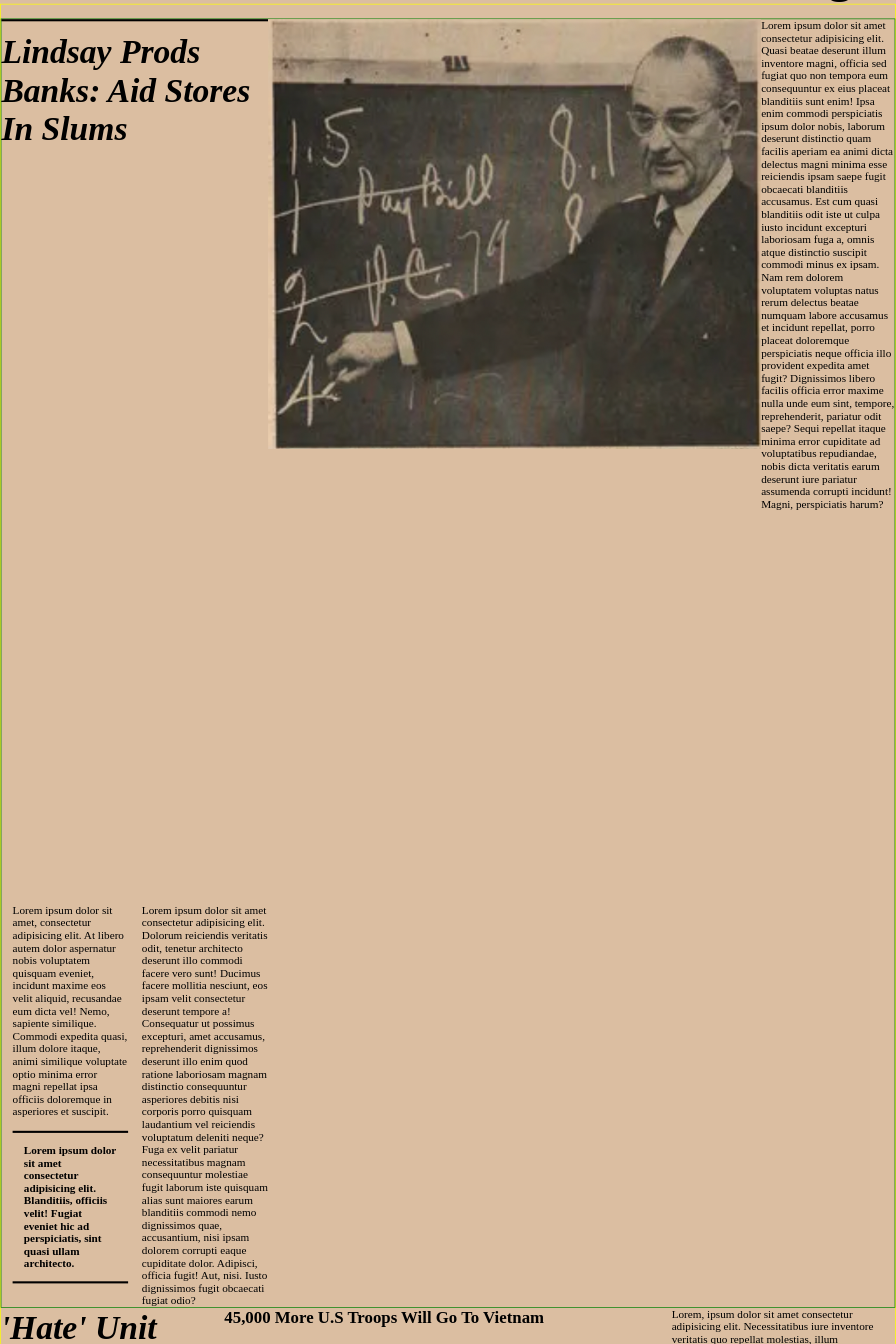
Repository: Arkitecth/newspaper-grid
Page: index.html
These files come from the project's save history. The page is drawn as it stood at one moment and after the next save; the edit follows.
The browser window is 1280 px wide. The pictures show the part of the page from y = 408 to 2328 px (the page is 5962 px tall before and 2830 px after), at 70% of full size.

Above is the page before, as saved 2023-05-29 20:08:08.

### index.html
<!DOCTYPE html>
<html lang="en">
<head>
    <meta charset="UTF-8">
    <meta http-equiv="X-UA-Compatible" content="IE=edge">
    <meta name="viewport" content="width=device-width, initial-scale=1.0">
    <link rel="stylesheet" href="styles.css">
    <title>News Paper</title>
</head>
<body>
    <header id="header">
        <div>
            <h1>New York Forum</h1>
        </div>
        <div class="aside">
            <h3>Final</h3>
            <p>Thursdsy August 3rd, 1987</p>

            <h3>Weather</h3>
            <p>Lorem ipsum dolor, sit amet consectetur adipisicing elit. Asperiores dolorum doloribus officia enim obcaecati culpa, quaerat magni laboriosam! Impedit nihil accusamus unde tenetur veniam repellendus mollitia sed modi voluptate doloremque!</p>
        </div>
        <div class="divider"></div>
        <div class="divider"></div>
    </header>
    <main>
        <h2>Johnson Asks 10% Income-Tax Surcharge</h2>
        <div class="main-grid">
            <div class="first-row">
                <div class="sub-grid">
                    <h3>Lindsay Prods Banks: Aid Stores in Slums</h3>
                    <div class="sub-row">
                        <div class="left">
                            <p>Lorem ipsum dolor sit amet, consectetur adipisicing elit. At libero autem dolor aspernatur nobis voluptatem quisquam eveniet, incidunt maxime eos velit aliquid, recusandae eum dicta vel! Nemo, sapiente similique. Commodi expedita quasi, illum dolore itaque, animi similique voluptate optio minima error magni repellat ipsa officiis doloremque in asperiores et suscipit.</p>
                            <br>
                            <p class="highlight">Lorem ipsum dolor sit amet consectetur adipisicing elit. Blanditiis, officiis velit! Fugiat eveniet hic ad perspiciatis, sint quasi ullam architecto.</p>
                        </div>
                        <div class="right">
                            <p>Lorem ipsum dolor sit amet consectetur adipisicing elit. Dolorum reiciendis veritatis odit, tenetur architecto deserunt illo commodi facere vero sunt! Ducimus facere mollitia nesciunt, eos ipsam velit consectetur deserunt tempore a! Consequatur ut possimus excepturi, amet accusamus, reprehenderit dignissimos deserunt illo enim quod ratione laboriosam magnam distinctio consequuntur asperiores debitis nisi corporis porro quisquam laudantium vel reiciendis voluptatum deleniti neque? Fuga ex velit pariatur necessitatibus magnam consequuntur molestiae fugit laborum iste quisquam alias sunt maiores earum blanditiis commodi nemo dignissimos quae, accusantium, nisi ipsam dolorem corrupti eaque cupiditate dolor. Adipisci, officia fugit! Aut, nisi. Iusto dignissimos fugit obcaecati fugiat odio?</p>
                        </div>
                    </div>

                </div>

                <div class="middle-content">
                    <img src="assets/teacher.png" alt="teacher teaching stuff">
                </div>

                <div class="right-content">
                    <p>Lorem ipsum dolor sit amet consectetur adipisicing elit. Quasi beatae deserunt illum inventore magni, officia sed fugiat quo non tempora eum consequuntur ex eius placeat blanditiis sunt enim! Ipsa enim commodi perspiciatis ipsum dolor nobis, laborum deserunt distinctio quam facilis aperiam ea animi dicta delectus magni minima esse reiciendis ipsam saepe fugit obcaecati blanditiis accusamus. Est cum quasi blanditiis odit iste ut culpa iusto incidunt excepturi laboriosam fuga a, omnis atque distinctio suscipit commodi minus ex ipsam. Nam rem dolorem voluptatem voluptas natus rerum delectus beatae numquam labore accusamus et incidunt repellat, porro placeat doloremque perspiciatis neque officia illo provident expedita amet fugit? Dignissimos libero facilis officia error maxime nulla unde eum sint, tempore, reprehenderit, pariatur odit saepe? Sequi repellat itaque minima error cupiditate ad voluptatibus repudiandae, nobis dicta veritatis earum deserunt iure pariatur assumenda corrupti incidunt! Magni, perspiciatis harum?</p>
                </div>
            </div>


            <div class="second-row">
                <div class="first">
                    <h3>'Hate' Unit Said to Get U.S Funds</h3>
                    <p>Lorem ipsum dolor sit amet consectetur adipisicing elit. Hic, dicta alias excepturi natus assumenda rerum rem illo modi eligendi molestias commodi dolor consectetur exercitationem quam, odio optio soluta atque voluptates cum voluptas sapiente. Alias doloribus molestiae necessitatibus id facere, quod consequatur ad voluptate voluptatem, dolorem dolorum, illum laborum laboriosam? Illum aspernatur commodi, amet dolorum accusamus at veniam est nulla ex qui reprehenderit magni, esse, quo non sint repellendus natus? Enim maiores, asperiores at quas autem omnis. Amet, officiis! Unde a hic et vitae provident laudantium accusantium officiis fuga! Culpa repellat laboriosam ad repudiandae dolorum. Eius laudantium dolores explicabo aut esse.</p>
                </div>
                <div class="middle">
                    <h3>45,000 More U.S Troops will go to vietnam</h3>
                    <div class="middle-grid">
                        <p>Lorem ipsum dolor, sit amet consectetur adipisicing elit. Sed ab neque eius architecto vel, nemo totam autem esse perspiciatis fugit, magnam maxime consequatur, accusantium dolores asperiores adipisci vero aliquid quaerat tempora cupiditate commodi. Magnam modi error quo sequi? Officia alias repellendus sint consectetur, corrupti at. Dolor illo ullam deserunt dolorum quo distinctio officiis atque reprehenderit, eligendi quis dolore assumenda ad voluptate. Inventore, eius cum laboriosam reiciendis, aliquid fuga commodi sapiente dolorum architecto odio veritatis optio ut consectetur animi. Sequi sit sapiente quos, et pariatur, nisi necessitatibus rerum saepe aliquam facere officia corrupti odit, distinctio eos! Aliquam nostrum maxime minus qui.</p>
                        <p>Lorem ipsum dolor sit amet consectetur adipisicing elit. Unde deserunt fugiat reiciendis nisi beatae maiores est iure quidem dignissimos laborum delectus eum officia natus sit minus, hic illo obcaecati, perferendis accusamus molestiae nesciunt ea soluta? Neque dignissimos quaerat libero, quia animi nisi, ut perferendis fugiat voluptatem aspernatur fuga temporibus iure.</p>
                        <p>Lorem ipsum dolor sit amet consectetur adipisicing elit. Unde deserunt fugiat reiciendis nisi beatae maiores est iure quidem dignissimos laborum delectus eum officia natus sit minus, hic illo obcaecati, perferendis accusamus molestiae nesciunt ea soluta? Neque dignissimos quaerat libero, quia animi nisi, ut perferendis fugiat voluptatem aspernatur fuga temporibus iure.</p>
                        <h4>Analysis</h4>
                        <div class="bottom-grid">
                            <h4>Between the Lines Indicators of a Winder War</h4>
                            <p>Lorem ipsum dolor sit amet consectetur, adipisicing elit. Nulla, temporibus! Odit labore repudiandae distinctio nisi odio vel nihil voluptates provident modi voluptatem aut nobis, vitae sequi numquam tenetur, repellat tempora voluptatibus amet quasi ab? Architecto suscipit earum, quidem vitae, assumenda explicabo praesentium sed iste at modi illo aliquam reprehenderit accusamus?</p>
                            <p>Lorem ipsum, dolor sit amet consectetur adipisicing elit. Vel quasi dolores dolor non, eum nesciunt ab cum pariatur, quam, similique reiciendis veritatis. Doloremque quasi consectetur aspernatur quod similique rerum voluptatum incidunt dolorum, soluta ratione tempore, molestias doloribus. Placeat, et aspernatur nesciunt voluptatum pariatur recusandae? Aperiam suscipit quo qui accusantium voluptate!</p>
                            <p>Lorem ipsum, dolor sit amet consectetur adipisicing elit. Vel quasi dolores dolor non, eum nesciunt ab cum pariatur, quam, similique reiciendis veritatis. Doloremque quasi consectetur aspernatur quod similique rerum voluptatum incidunt dolorum, soluta ratione tempore, molestias doloribus. Placeat, et aspernatur nesciunt voluptatum pariatur recusandae? Aperiam suscipit quo qui accusantium voluptate!</p>
                        </div>

                    </div>

                </div>
                <div class="last">
                    <p>Lorem, ipsum dolor sit amet consectetur adipisicing elit. Necessitatibus iure inventore veritatis quo repellat molestias, illum reprehenderit ad veniam alias rerum pariatur dolores tenetur ullam, esse enim deleniti optio quasi dolor dolorum culpa quae sint nesciunt? Vero commodi repellendus quam consectetur dignissimos voluptatem accusamus, earum quae illum unde eaque impedit inventore quas facilis id perferendis enim! Qui facilis officiis delectus ut. Tempora odit aperiam neque eos atque quas labore fugiat, dignissimos doloribus enim nostrum quos. Commodi eligendi itaque, repellat sit rerum iure error ducimus impedit dolores delectus aliquam earum dolorum ratione voluptate in, id, qui quibusdam libero vel accusantium ipsam?</p>
                </div>
            </div>

            <div class="third-row">
            </div>




        </div>
    </main>

</body>
</html>

### styles.css
* {
    padding: 0;
    margin: 0;
}

body {
    background-color: #dbbea1;
    max-width: 1500px;
}

h1,h3 {
    text-transform: uppercase;
}
#header {
    padding: 3.125rem;
    display: grid;
    grid-template-columns: 2fr 1fr;
}


/* Header */
#header h1 {
    text-align: center;
    font-size: 3rem;
}

h2 {
    text-align: center;
    width: 100%;
    font-size: 4.2rem;
}

.aside {
    border-left: 4px solid black;
    padding-left: 30px;
}

.aside p {
    padding-top: 0.5rem;
    margin-bottom: 2rem;
}

.divider {
    border: 2px solid black;
    width: 100%;
}

.main-grid{
    display: grid;
    grid-template-rows: 1fr 1fr 1fr;
    padding-top: 20px;
    border: 1px solid yellow

}

/* First Row */
.first-row {
    display: grid;
    grid-template-columns: 2fr 3fr 1fr;
    border: 1px solid green;
}


.sub-grid {
    display: grid;
    grid-template-rows: 1fr;
    gap: 20px;
}

.sub-row {
    display: grid;
    grid-template-columns: 1fr 1fr;
    gap: 20px;
}

.sub-grid  h3 {
    font-size: 3rem;
    font-style: italic;
    border-top: 3px solid black;
    padding-bottom: 1rem;
    padding-top: 1rem;
    text-transform: capitalize;
}
.left{
    padding-left: 1rem;
}

.highlight {
    font-weight: bold;
    border-top: 3px solid black;
    padding: 1rem;
    border-bottom: 3px solid black;
}


/* Second Row */
.second-row {
    display: grid;
    grid-template-columns: 1fr 2fr 1fr;
}


.first h3 {
    font-size: 3rem;
    font-style: italic;
    text-transform: capitalize;
}

.middle {
    display: grid;
    grid-template-rows: 50px;
}

.middle-grid {
    display: grid;
    grid-template-columns: 1fr 1fr 1fr 1fr;
    gap: 10px;
}

.middle h3 {
    font-size: 1.5rem;
    text-transform: capitalize;
}

After the next save:
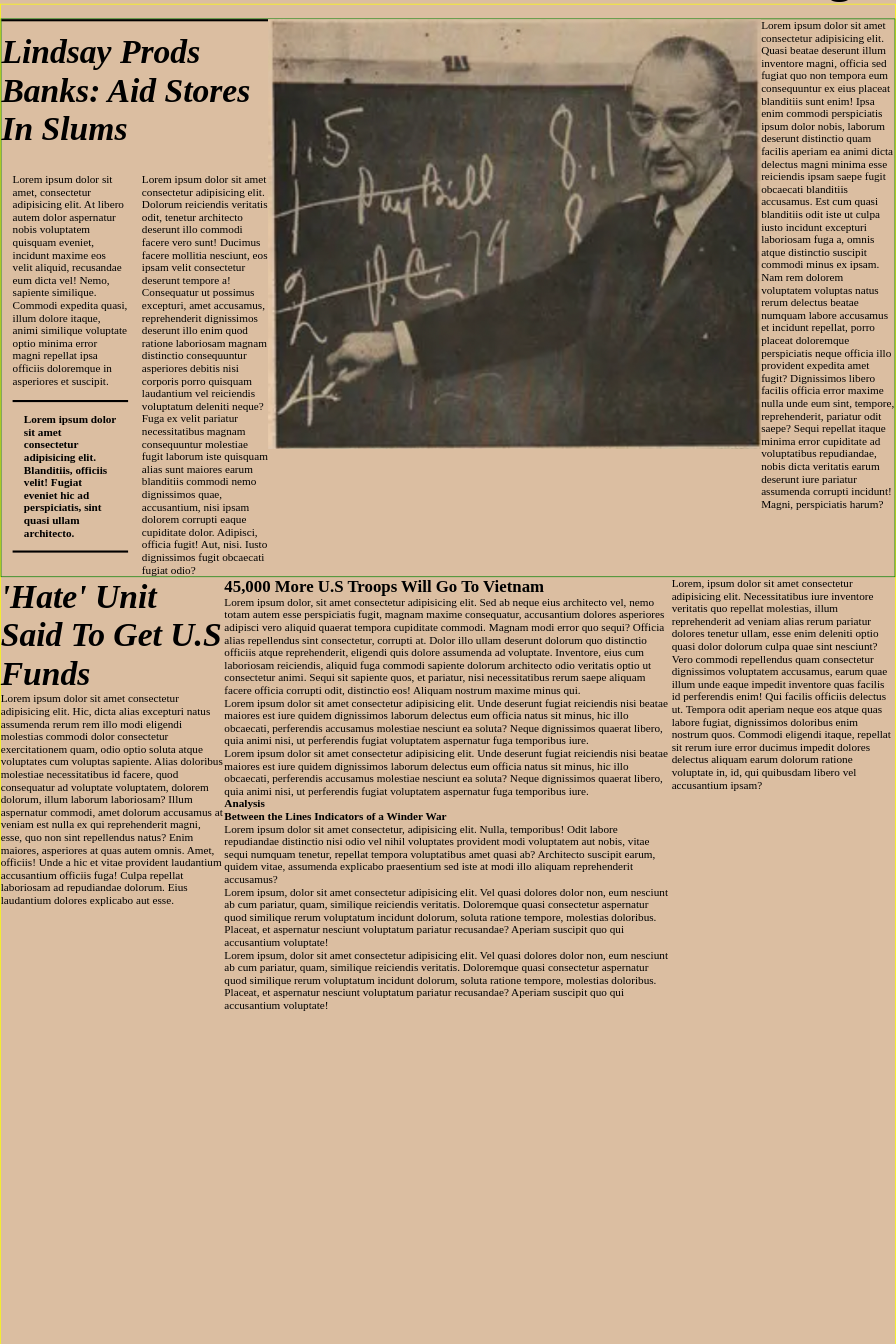
Saved 7 s later.
--- a/styles.css
+++ b/styles.css
@@ -106,7 +106,7 @@
     text-transform: capitalize;
 }
 
-.middle {
+/* .middle {
     display: grid;
     grid-template-rows: 50px;
 }
@@ -115,7 +115,7 @@
     display: grid;
     grid-template-columns: 1fr 1fr 1fr 1fr;
     gap: 10px;
-}
+} */
 
 .middle h3 {
     font-size: 1.5rem;
